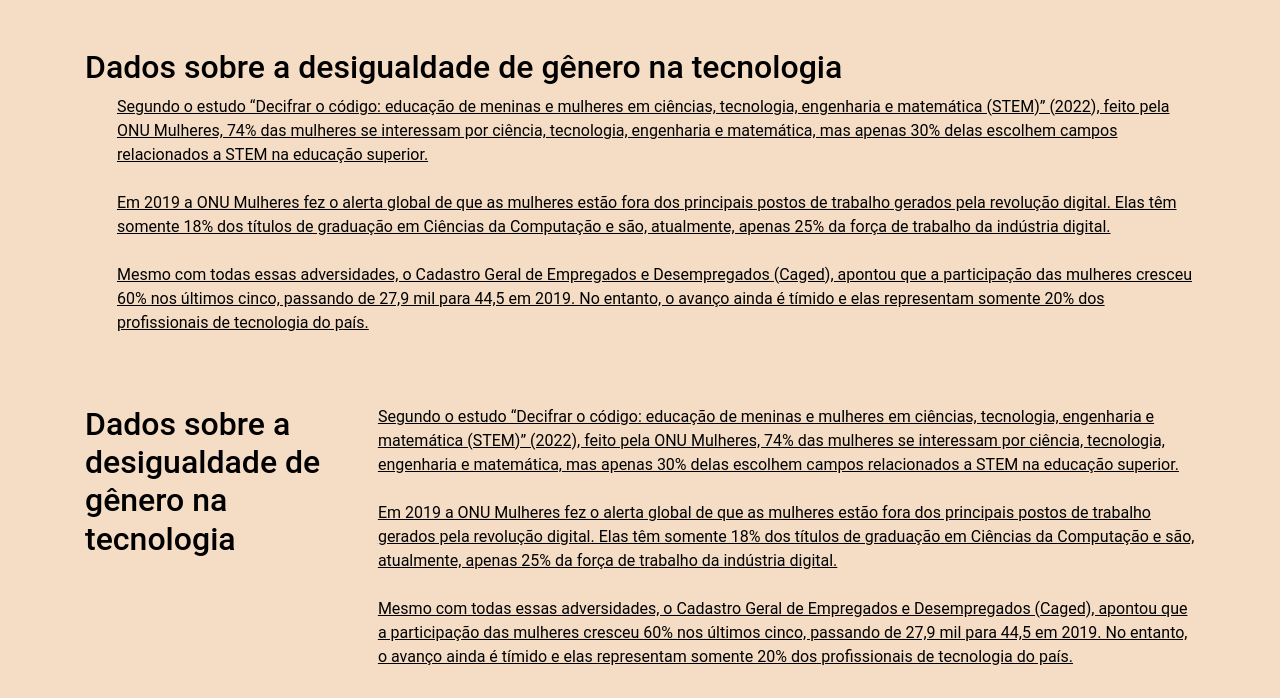
Repository: BellsBarbosa/ODS5_IGUALDADE_DE_GENERO
Page: index.html
The author's editor kept a copy of each file at every save. The page is drawn from the files as they stood at one save, then again after the next save.
The browser window is 1280 px wide. The pictures show the part of the page from y = 1260 to 1958 px (the page is 2894 px tall).
A picture or video elsewhere on the page could not be fetched, so the positions and the page height are approximate.

Above is the page before, as saved 2023-08-11 15:21:23.

After the next save:
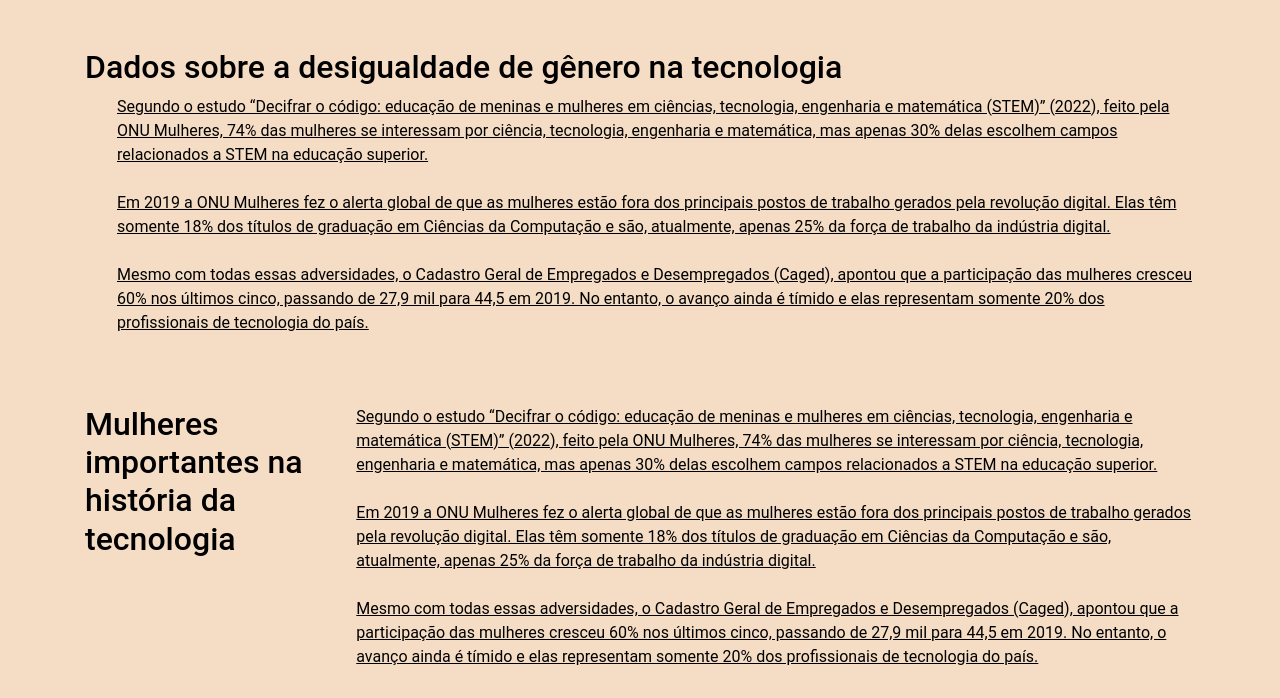
Saved 28 s later.
--- a/index.html
+++ b/index.html
@@ -134,7 +134,7 @@
 <section class="container-fluid" id="destaques">
     <article class="container article-lista">
         <div class="destaques">
-            <h2>Dados sobre a desigualdade de gênero na tecnologia</h2>
+            <h2>Mulheres importantes na história da tecnologia</h2>
             <ul>
                 <li> <a href="https://blog.google/intl/pt-br/novidades/por-dentro-do-google/mind-the-gap-2022-incentivando-meninas-a-ingressarem-em-carreiras-na-area-de-tecnologia/#:~:text=Segundo%20o%20estudo%20%E2%80%9CDecifrar%20o,a%20STEM%20na%20educa%C3%A7%C3%A3o%20superior."
                         class="link" target="_blank">Segundo o estudo “Decifrar o código: educação de
